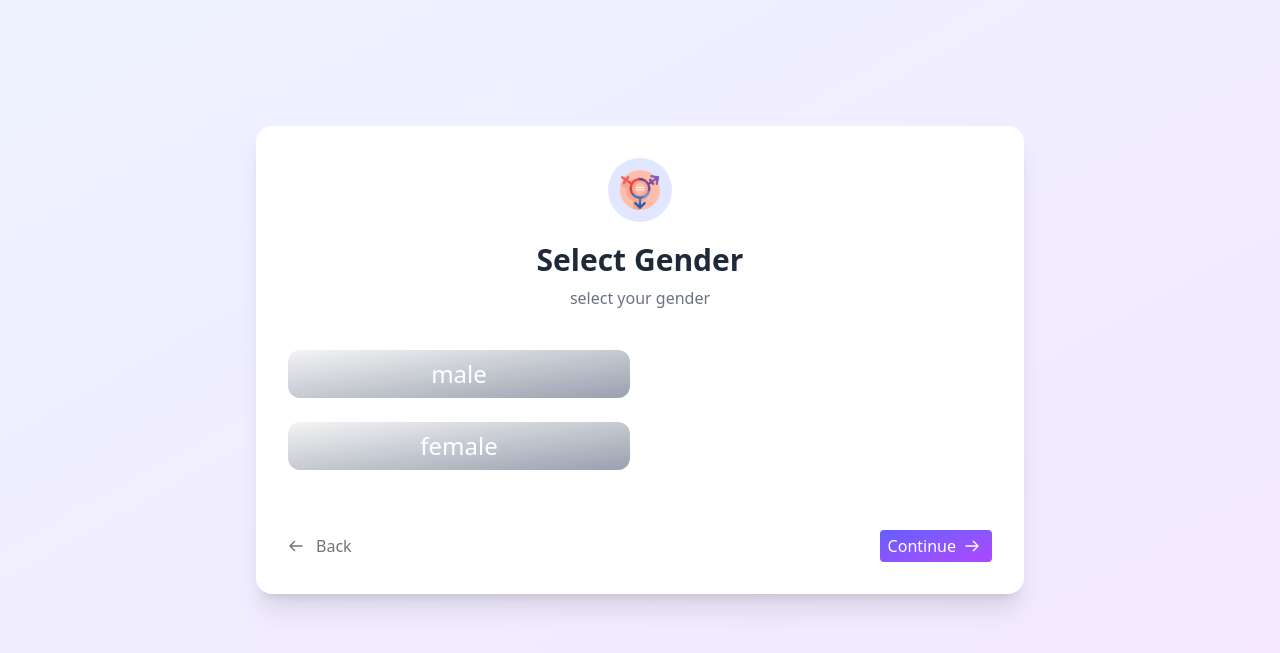
Repository: aryan151pratap/FitPanda
Page: / (app in frontened/)
The author's editor kept a copy of each file at every save. The page is drawn from the files as they stood at one save, then again after the next save.
The browser window is 1280 px wide. The pictures show the whole page.
The project was rebuilt for these pictures with package versions that can differ from the ones it lists, and the page was loaded fresh each time. Also part of the build but not shown: frontened/vite.config.js, frontened/src/App.css, frontened/src/components/page_1.jsx, frontened/src/login/login.jsx, frontened/src/login/sign_up.jsx, frontened/src/login/otp.jsx, frontened/src/notification/notify.jsx, frontened/src/about_user/details.jsx.

Above is the page before, as saved 2025-06-05 23:33:25.

After the next save:
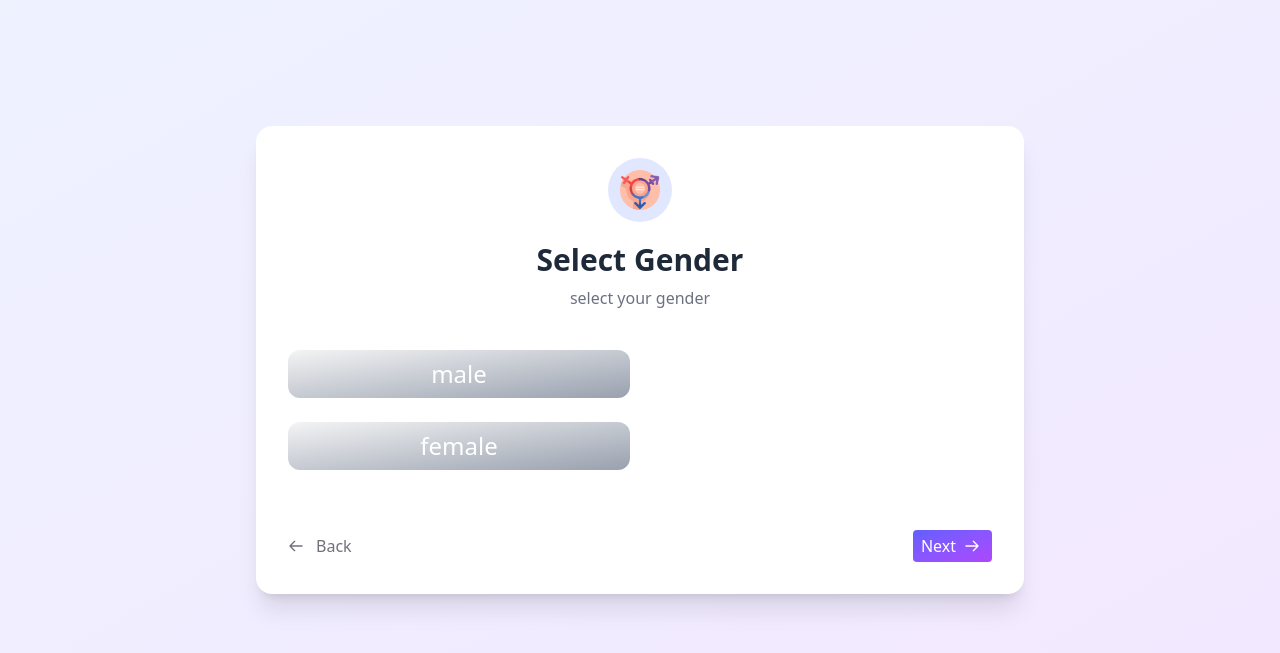
Saved 35 s later.
--- a/frontened/src/about_user/save_data.jsx
+++ b/frontened/src/about_user/save_data.jsx
@@ -41,12 +41,12 @@ function Save_data(){
 							</svg>
 							<span className="">Back</span>
 						</button>
-						{!page.length - 1 === current ?
+						{page.length - 1 === current ?
 						<button className="text-white px-2 py-1 rounded-sm bg-gradient-to-br from-indigo-500 to-purple-500 flex gap-2 items-center"
 						onClick={handle_next_page}
 						disabled={current === page.length - 1}
 						>
-							<span>Next</span>
+							<span>Continue</span>
 							<svg xmlns="http://www.w3.org/2000/svg" className="h-4 w-4 mr-1" fill="none" viewBox="0 0 24 24" stroke="currentColor">
 								<path strokeLinecap="round" strokeLinejoin="round" strokeWidth={2} d="M14 5l7 7m0 0l-7 7m7-7H3" />
 							</svg>
@@ -56,7 +56,7 @@ function Save_data(){
 						onClick={handle_next_page}
 						disabled={current === page.length - 1}
 						>
-							<span>Continue</span>
+							<span>Next</span>
 							<svg xmlns="http://www.w3.org/2000/svg" className="h-4 w-4 mr-1" fill="none" viewBox="0 0 24 24" stroke="currentColor">
 								<path strokeLinecap="round" strokeLinejoin="round" strokeWidth={2} d="M14 5l7 7m0 0l-7 7m7-7H3" />
 							</svg>
